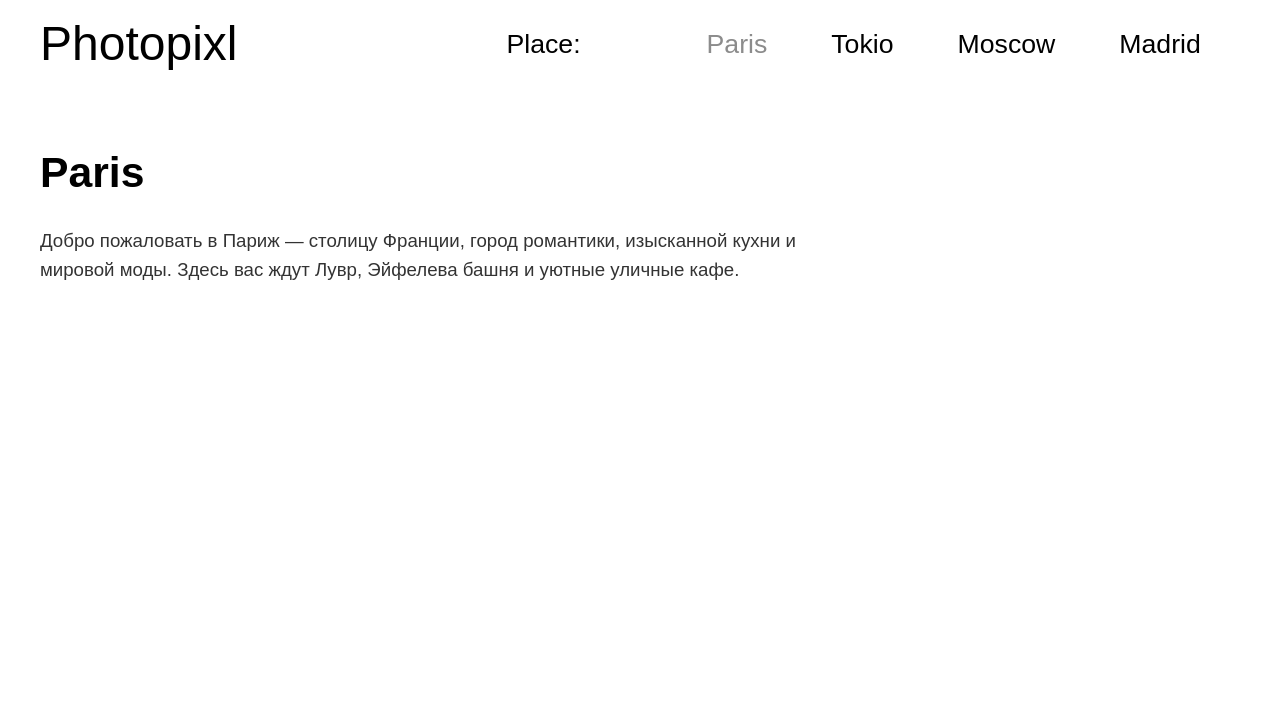
Repository: git-daniil/place-site
Page: index.html
The author's editor kept a copy of each file at every save. The page is drawn from the files as they stood at one save, then again after the next save.
The browser window is 1280 px wide. The pictures show the whole page.
Some web fonts or font styles are not loaded; a fallback is used.

Above is the page before, as saved 2026-05-18 19:59:46.

After the next save:
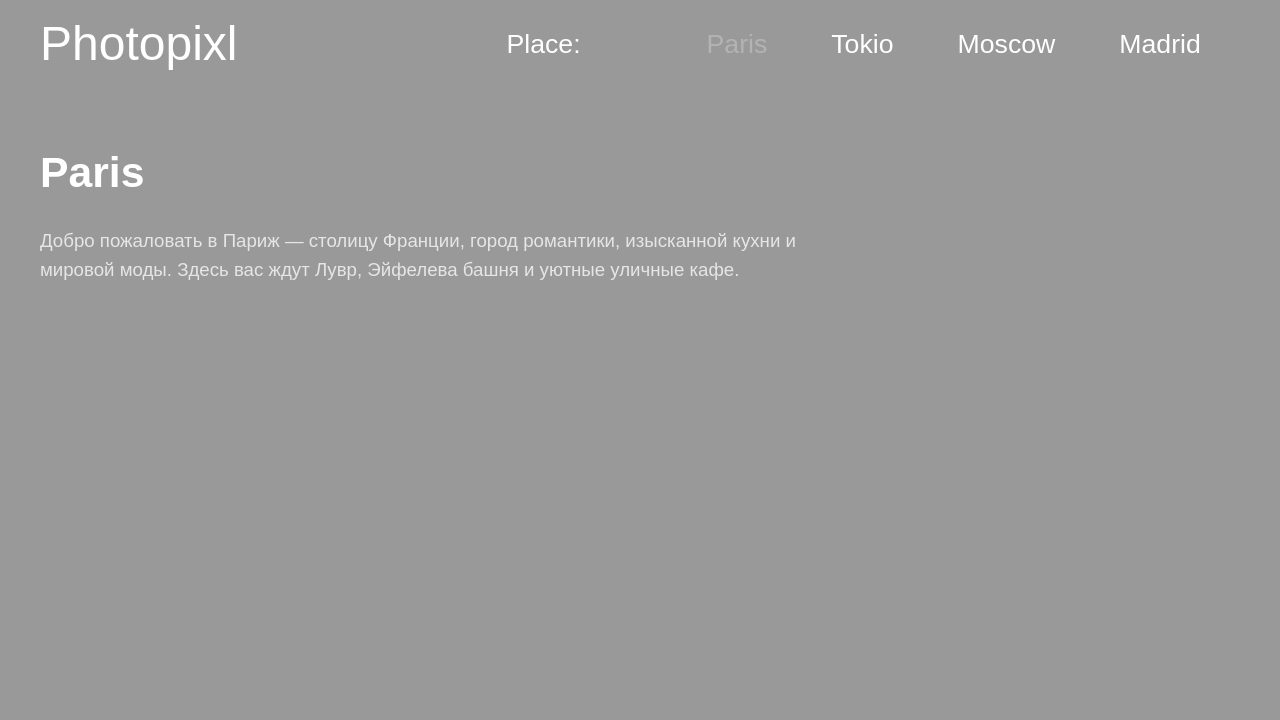
Not found: paris-bg.jpg
Saved 19 s later.
--- a/index.html
+++ b/index.html
@@ -6,7 +6,7 @@
     <title>Photopixl — Paris</title>
     <link rel="stylesheet" href="style.css">
 </head>
-<body>
+<body class="paris-page">
 
     <nav class="navbar">
         <a href="index.html" class="logo">Photopixl</a>

After the 5 saves that followed:
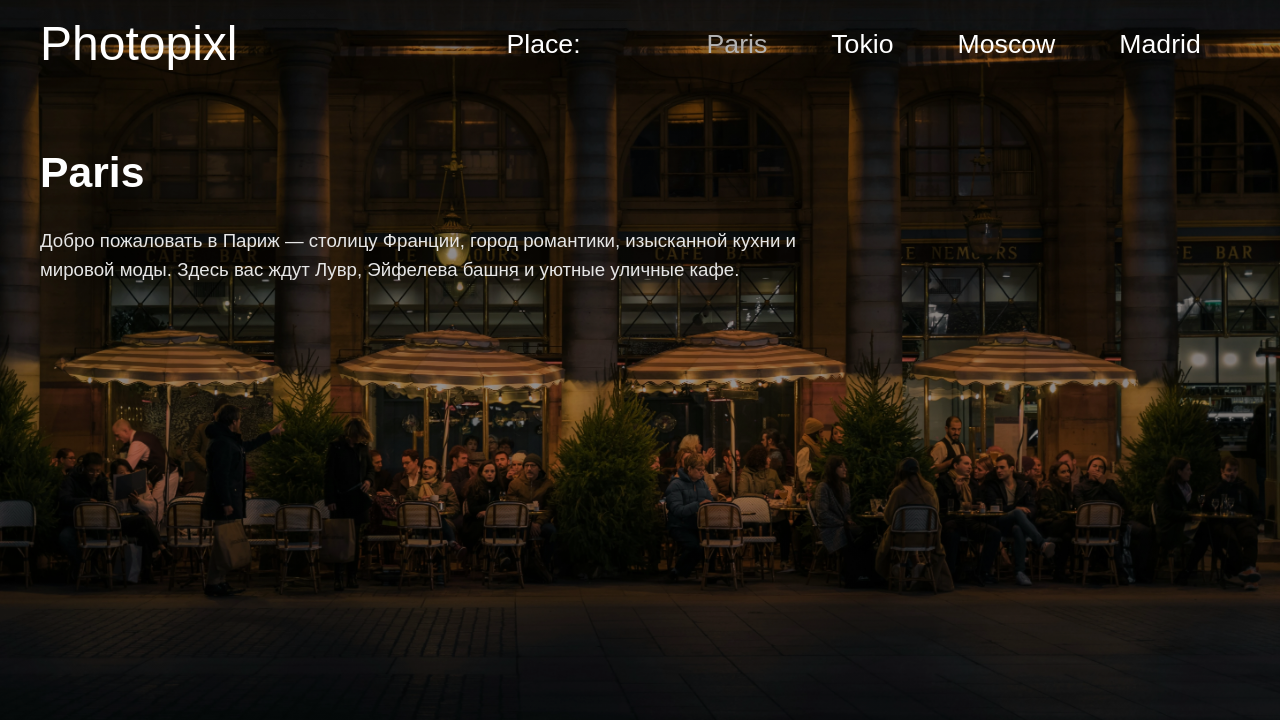
The 5 saves are shown as one change because 2 left the picture as it was and some came seconds apart.
The last was saved 3 min 18 s later.
--- a/style.css
+++ b/style.css
@@ -80,7 +80,7 @@ body {
 }
 
 body.paris-page {
-    background-image: linear-gradient(rgba(0, 0, 0, 0.4), rgba(0, 0, 0, 0.4)), url('paris-bg.jpg');
+    background-image: linear-gradient(rgba(0, 0, 0, 0.4), rgba(0, 0, 0, 0.4)), url('paris-bg.webp');
     background-size: cover;
     background-position: center;
     background-repeat: no-repeat;
